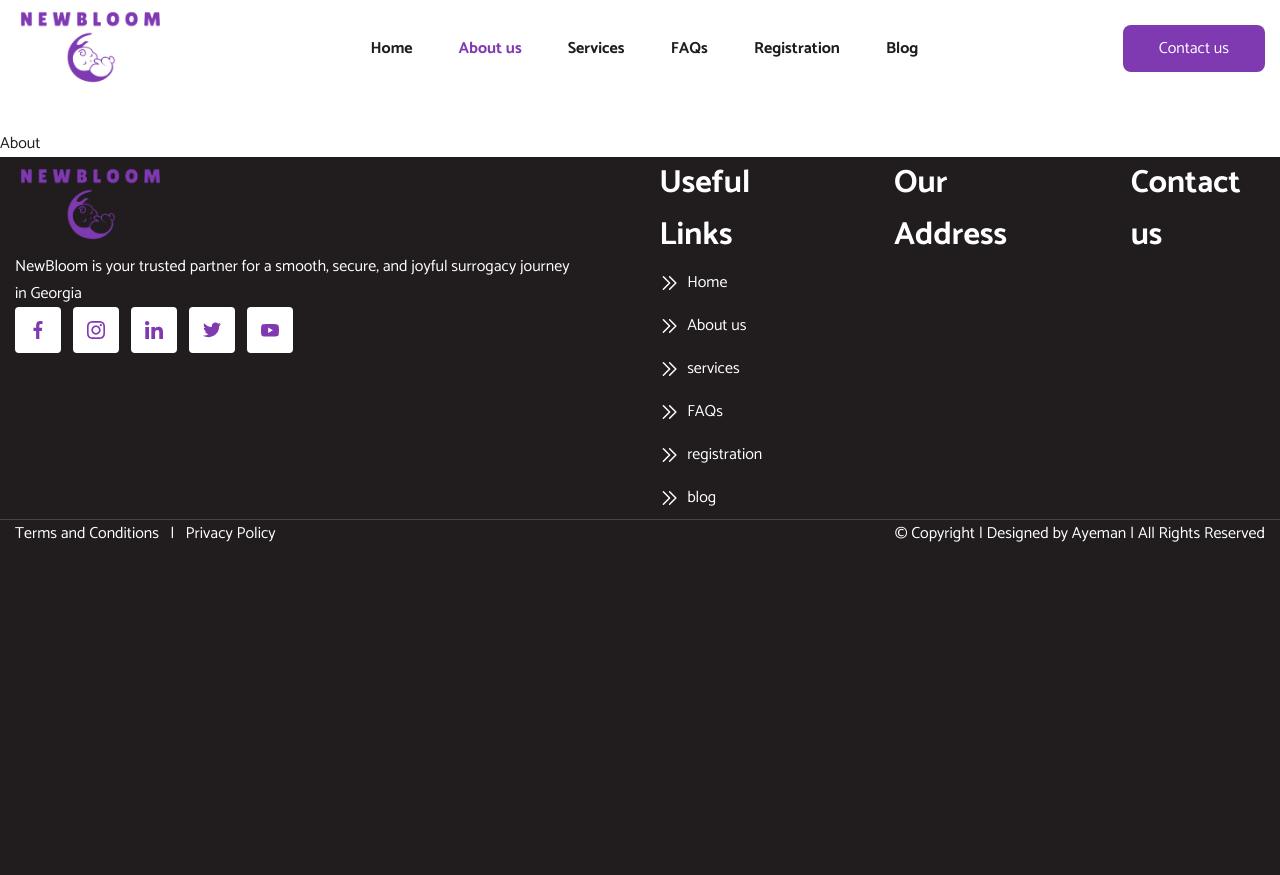
Repository: LenarTulupov/bloom
Page: /about
The author's editor kept a copy of each file at every save. The page is drawn from the files as they stood at one save, then again after a run of saves.
The browser window is 1280 px wide. The pictures show the whole page.
The project was rebuilt for these pictures with package versions that can differ from the ones it lists, and the page was loaded fresh each time. The framework's server and built-in components were replaced by stand-ins that run in the browser. Also part of the build but not shown: next.config.ts.

Above is the page before, as saved 2024-12-28 10:48:09.

After the next 2 saves:
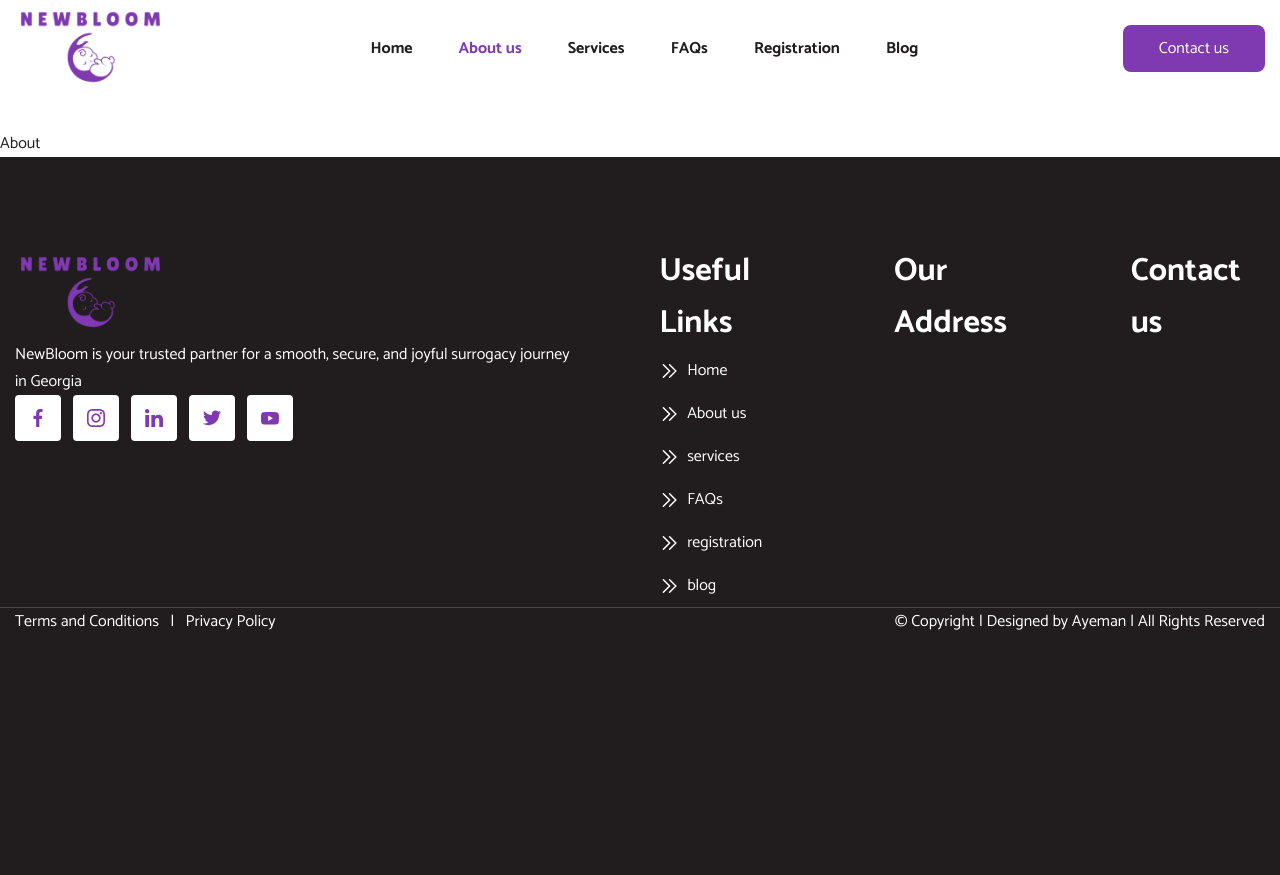
The 2 saves are shown as one change because 1 did not build or start.
The last was saved 46 s later.
--- a/src/components/ui/footer/footer.module.scss
+++ b/src/components/ui/footer/footer.module.scss
@@ -1,4 +1,5 @@
 .footer {
+  padding-top: 88px;
   height: var(--footer-height);
   background-color: var(--black-color);
   &__content {

After the 4 saves that followed:
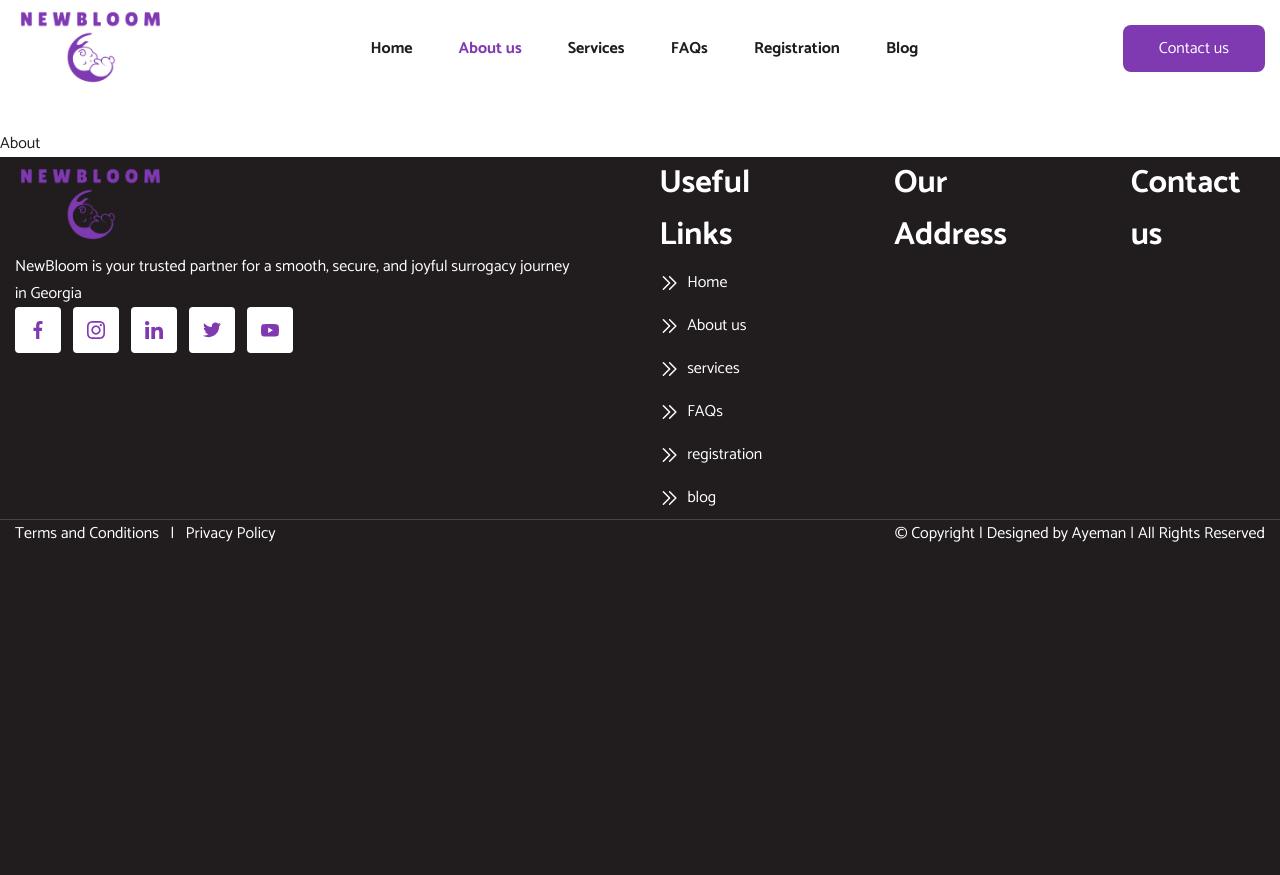
The 4 saves are shown as one change because 2 left the picture as it was and some came seconds apart.
The last was saved 43 s later.
--- a/src/components/ui/footer/footer.module.scss
+++ b/src/components/ui/footer/footer.module.scss
@@ -1,5 +1,4 @@
 .footer {
-  padding-top: 88px;
   height: var(--footer-height);
   background-color: var(--black-color);
   &__content {
